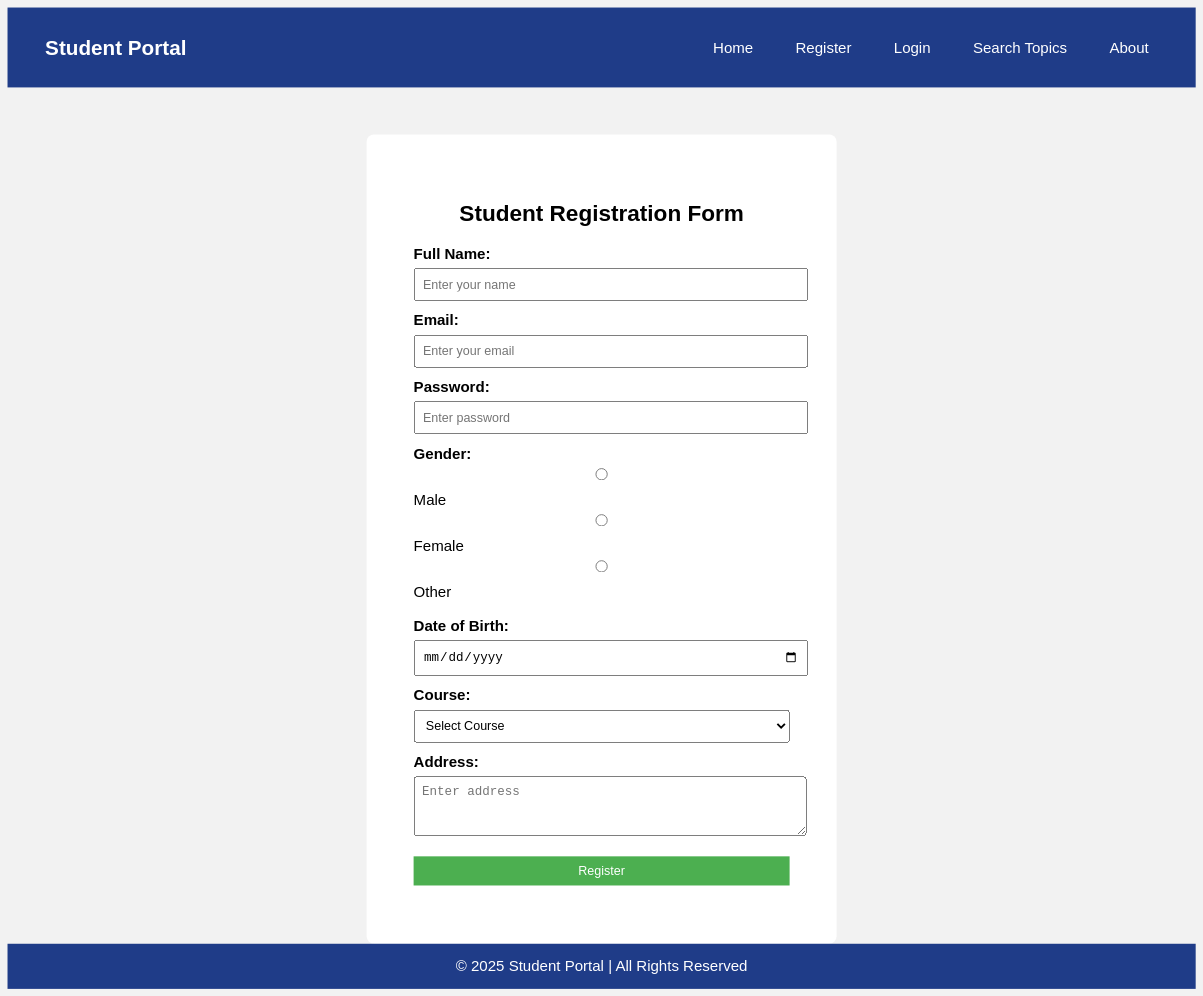
Repository: Tanvisalunkhe/Java_Codes
Page: demo/src/main/webapp/register.html
These files come from the project's save history. The page is drawn as it stood at one moment and after the next save; the edit follows.
The browser window is 1280 px wide. The pictures show the whole page, at 94% of full size.

Above is the page before, as saved 2025-12-26 07:11:51.

After the next save:
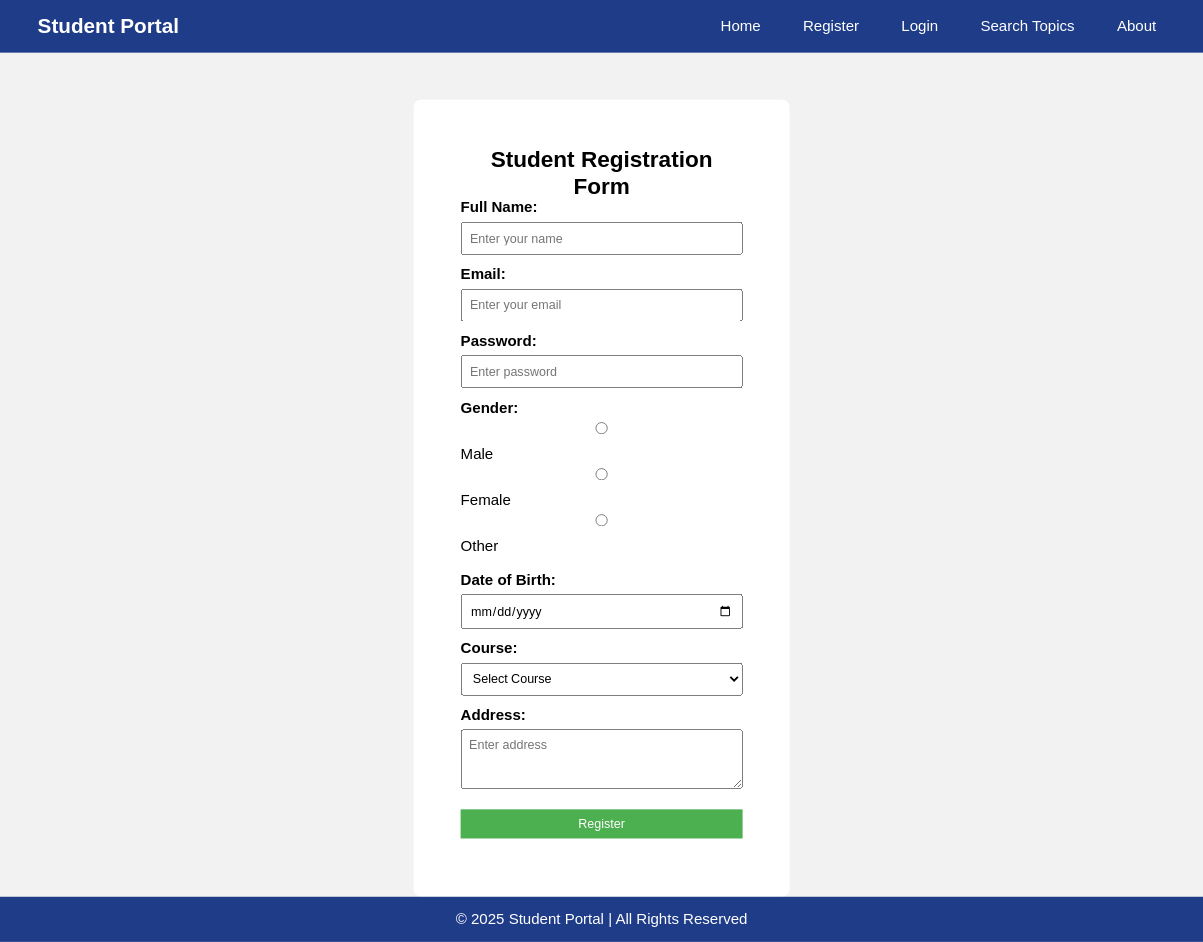
Saved 5 min 48 s later.
--- a/demo/src/main/webapp/register.html
+++ b/demo/src/main/webapp/register.html
@@ -7,6 +7,13 @@
             font-family: Arial, sans-serif;
             background-color: #f2f2f2;
         }
+        * {
+    margin: 0;
+    padding: 0;
+    box-sizing: border-box;
+    font-family: Arial, sans-serif;
+}
+
         /* Navbar */
         .navbar {
             background-color: #1f3c88; /* Dark Blue */
